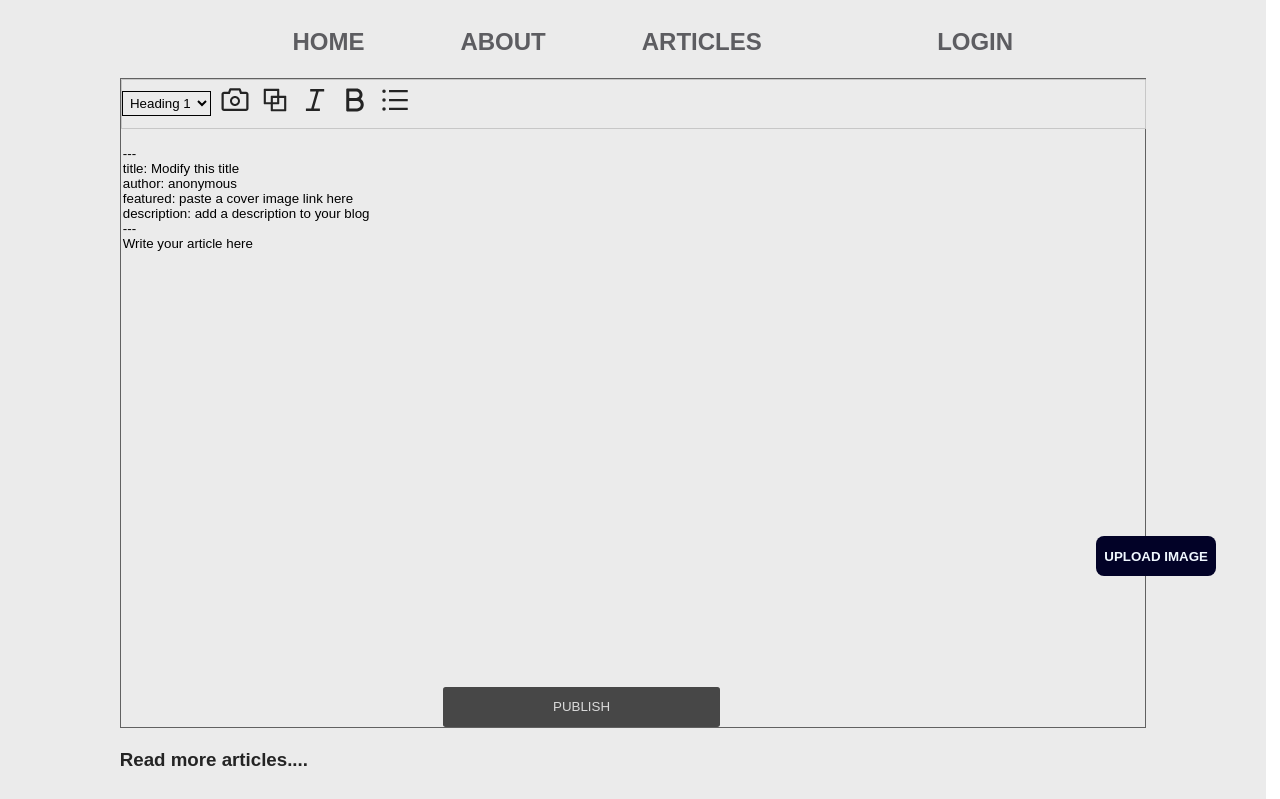
Repository: ValGrace/-static-site
Page: /articles (app in client/)
The author's editor kept a copy of each file at every save. The page is drawn from the files as they stood at one save, then again after the next save.
The browser window is 1280 px wide. The pictures show the whole page.
The page's requests for data from a server got no answer. The project was rebuilt for these pictures with package versions that can differ from the ones it lists, and the page was loaded fresh each time. No one was signed in, and anything a server would have sent is missing. Also part of the build but not shown: client/vite.config.js, client/src/Components/Login.jsx, client/src/Components/Signup.jsx, client/src/Components/MidSection.jsx, client/src/Components/HomeSection.jsx, client/src/Components/TopSection.jsx, client/src/MdFiles/MdFileContext.js, client/src/Pages/HomePage.jsx and 1 more.

Above is the page before, as saved 2023-07-02 13:01:32.

After the next save:
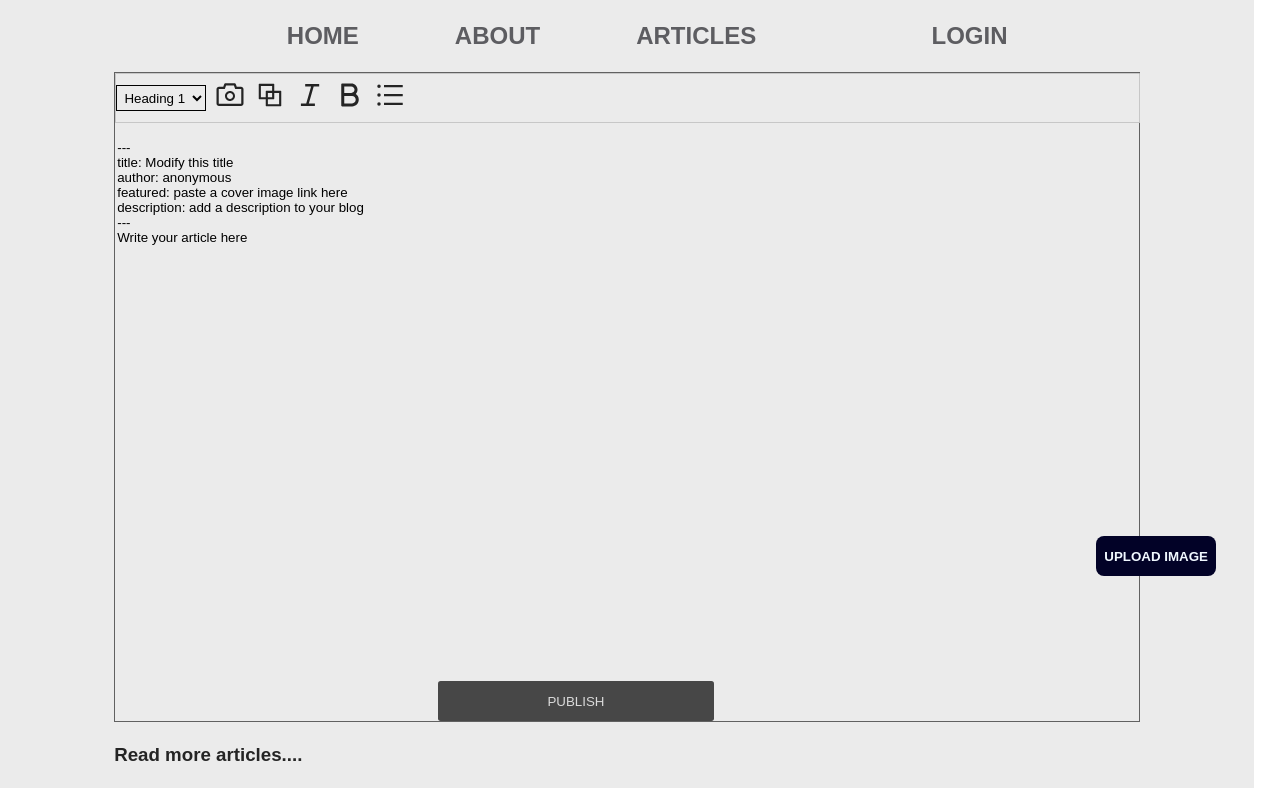
Saved 2 min 1 s later.
--- a/client/src/App.css
+++ b/client/src/App.css
@@ -4,7 +4,8 @@
   justify-content: center;
   align-items: center;
   margin: 0;
-  padding: 0.35em;
   width: 98%;
+  padding: calc(100% - width);
+
   background-color: rgba(226, 226, 226, 0.699);
 }

After the save that followed:
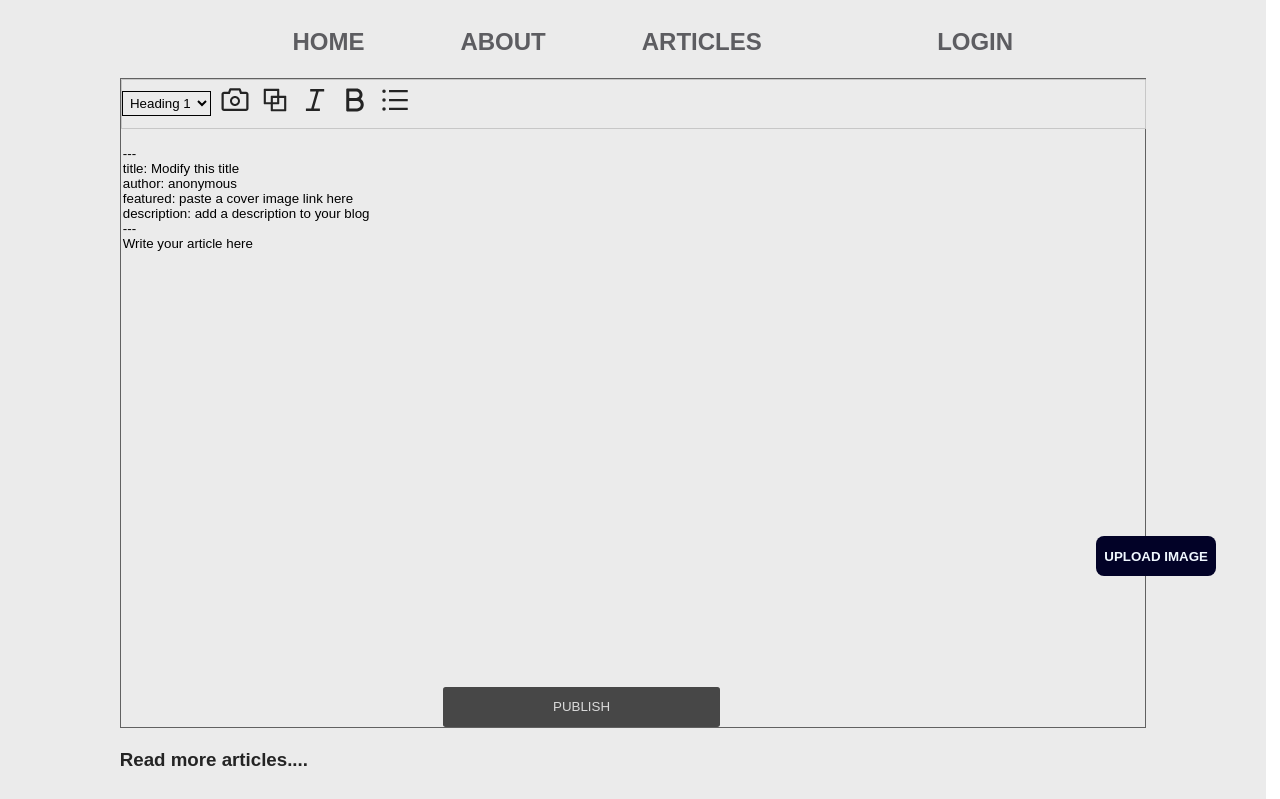
Saved 54 s later.
--- a/client/src/App.css
+++ b/client/src/App.css
@@ -5,7 +5,7 @@
   align-items: center;
   margin: 0;
   width: 98%;
-  padding: calc(100% - width);
+  padding: 0.35em;
 
   background-color: rgba(226, 226, 226, 0.699);
 }
